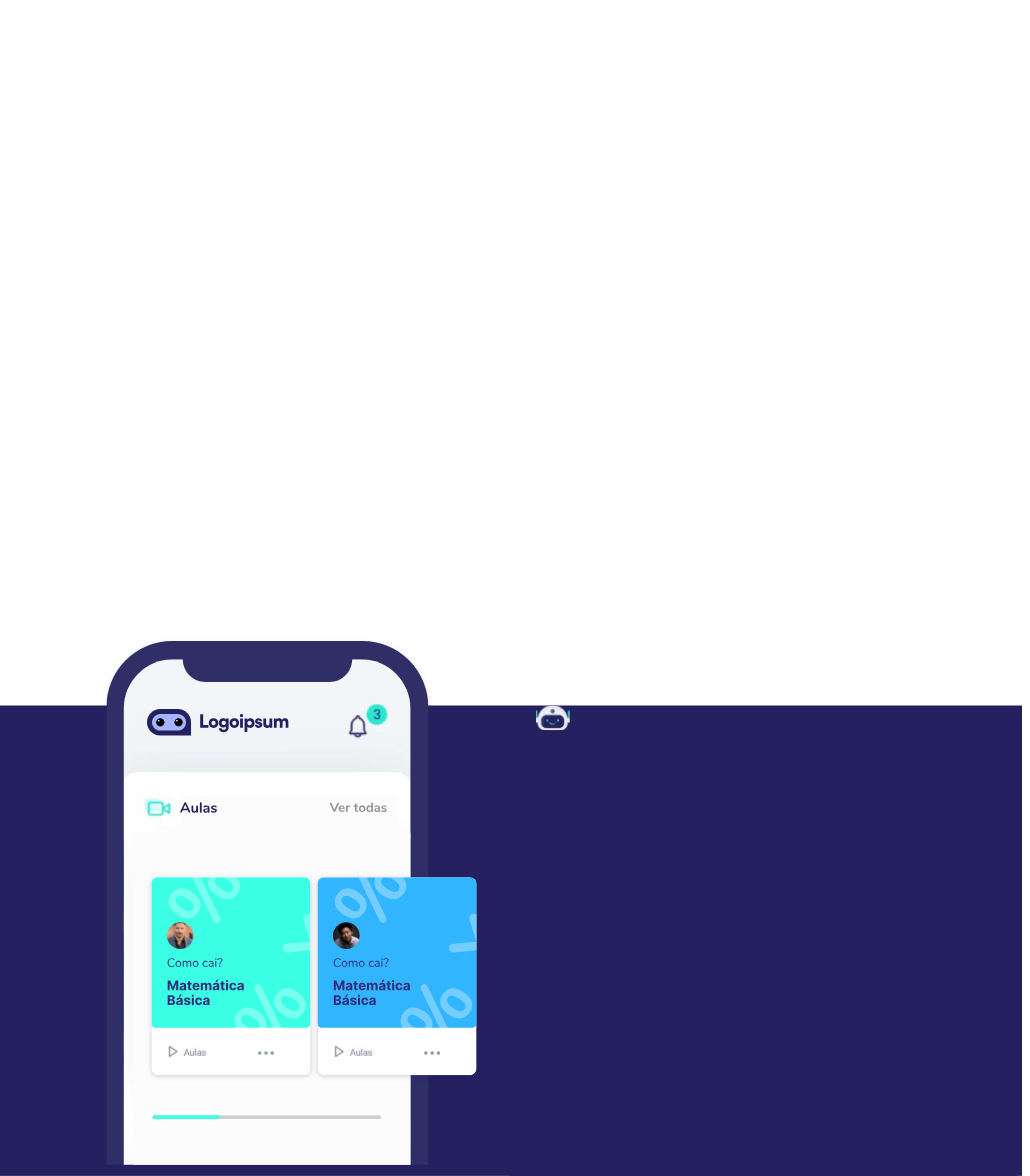
Repository: Williamlmachado/Desafio-Landing-page
Page: index.html
An editor plug-in stored every save of this project. The page is shown before and after the next save, followed by the edit.
The browser window is 1280 px wide. The page is 1472 px wide, so the pictures cover 1472 px, including what lies to the right of the window. The pictures show the part of the page from y = 3527 to 5207 px (the page is 5207 px tall), at 70% of full size.
Some icons come from a web library that is not loaded, so they are not drawn.

Above is the page before, as saved 2021-11-10 16:19:14.

### index.html
<!DOCTYPE html>
<html lang="en">

<head>
  <meta charset="UTF-8">
  <meta http-equiv="X-UA-Compatible" content="IE=edge">
  <meta name="viewport" content="width=device-width, initial-scale=1.0">
  <link rel="stylesheet" href="path/to/font-awesome/css/font-awesome.min.css">
  <link href="https://fonts.googleapis.com/css2?family=Inter:wght@100;200;300;400;500;600&display=swap" rel="stylesheet">
  <link href="https://fonts.googleapis.com/css2?family=Nunito:ital,wght@0,200;0,300;0,400;0,700;0,800;0,900;1,200;1,300;1,400;1,600;1,700;1,800;1,900&display=swap" rel="stylesheet">
  <link href="https://fonts.googleapis.com/css2?family=Fredoka+One&display=swap" rel="stylesheet">
  <link href="https://cdn.jsdelivr.net/npm/bootstrap@5.1.3/dist/css/bootstrap.min.css" rel="stylesheet"
    integrity="sha384-1BmE4kWBq78iYhFldvKuhfTAU6auU8tT94WrHftjDbrCEXSU1oBoqyl2QvZ6jIW3" crossorigin="anonymous">
  <link rel="stylesheet" href="style.css">
  <script src="https://cdn.jsdelivr.net/npm/bootstrap@5.1.3/dist/js/bootstrap.bundle.min.js"
    integrity="sha384-ka7Sk0Gln4gmtz2MlQnikT1wXgYsOg+OMhuP+IlRH9sENBO0LRn5q+8nbTov4+1p"
    crossorigin="anonymous"></script>
  <title>Document</title>

<body>
  <nav class="navbar navbar-expand-lg navbar-light bg-light">
    <a class="navbar-brand" href="#">
      <img src="img/logoipsum-logo-40 2.svg" alt="logo">
    </a>
    <button class="navbar-toggler" type="button" data-toggle="collapse" data-target="#navbarNav" aria-controls="navbarNav" aria-expanded="false" aria-label="Toggle navigation">
      <span class="navbar-toggler-icon"></span>
    </button>
    <nav>
    <div class="collapse navbar-collapse" id="navbarNav">
      <ul class="navbar-nav">
      <nav class="navbar-nav ml-auto">
        <li class="nav-item">
          <a class="nav-link disabled" href="#">Home <span class="sr-only"></span></a>
        </li>
        <li class="nav-item">
          <a class="nav-link disabled" href="#">Quem Somos</a>
        </li>
        <li class="nav-item-right">
          <a class="nav-link disabled" href="#">Plano</a>
        </li>
        <li class="nav-item">
          <a class="nav-link disabled" href="#">Fale Conosco</a>
        </li>
        <li class="nav-item">
          <button class="nav-button" type="button">Entrar</button>
        </li>
      </nav>
      </ul>
    </div>
  </nav>
    <div class="retangle-1">
      <div class="row">
          <div class="retangle-8">
           <div class="col"><img class="spaceboy" src="img/image 3.svg" alt="astronauta"><H4 class="frase1">Seja aprovado no Enem e Vestibulares :)</H4>
          <H1 class="frase2">Você escolhe o que aprender.</H1></div>
          <h4 class="frase3">Aqui você terá toda assistência que precisa
            com materiais desenvolvido por mestres e doutores em matemática</h4>
          <button type="button" class="buttonret"><p class="fraseButton">Veja nossos planos</p><i class="fas fa-arrow-right"></i></button>
          </div>
          </div>
        <div class="col"><img class="boy" src="img/image 8.svg" alt="garoto"></div>
     </div>
    </div>
  <div class="retangle-2">
    <div class="escolas">
    <img src="img/Captura de Tela 2021-05-22 às 02.33 1.svg" alt="escolas">
  </div>
  <div class="row">
    <div class="col"><img class="smallogos" src="img/Group 53.svg" alt="smallogos"><p class="group12"><img class="group12" src="img/Group 12.svg"></p><p><img class="group13" src="img/Group 13.svg"></p><p><img class="group14" src="img/Group 14.svg"></p></div>
    <div class="col"><img class="adolescente" src="img/pretty-teenager-happy-to-be-back-at-university 1.svg" alt="prettyteenager"></div>
  </div>
    <div class="retangle-3">
      <div class="row">
        <div class="column1"><img class="feliz" src="img/image 43.svg" alt="foguete"><div class="frase4"><p>100% MATEMÁTICA</p></div><h3 class="frase5">Matemática pra quem quer entrar na facul</h3><h4 class="frase6">Somos um cursinho online especialista em ensinar matemática. Temos os melhores professores mestres e doutores para tirar suas dúvidas e te ensinar matemática desde a teoria até a resolução de exercícios de todos os níveis.</h4></div></div>

       <div class="column2"><img class="foguete" src="img/image 45.svg" alt="feliz"><div class="frase7"><p>QUER SER APROVADO?</p></div><h3 class="frase8">Se seu foco é ser aprovado, nós estamos aqui por você.</h3><h4 class="frase9">Somos um cursinho online especialista em ensinar matemática. Temos os melhores professores mestres e doutores para tirar suas dúvidas e te ensinar matemática desde a teoria até a resolução de exercícios de todos os níveis.</h4></div></div>
        </div>
      </div>
    </div>
    <div class="retangle-4">
      <div class="row">
        <div class="col"><img class="celular" src="img/Frame 12.svg"><img class="celulardados" src="img/Group 41.svg"></div>
        <div class="col"><img class="spaceboy2" src="img/image 3.svg" alt="spaceboy2"></div>
    </div>
  </div>
  <!-- <footer id="footer" class="py-5">
    <div class="row">
      <div class="col-md-5">
        <img class="" src="img/logoipsum-logo-40 2.svg" alt="logo">
        <div><img class=""src="img/Captura de Tela 2021-05-25 às 19.59 1.svg" alt="androideios"></div>
      </div>
      <div class="col-sm-2">
        <h5>Localização</h5>
        <p>Av. Brg. Faria Lima , 1422 São Paulo - SP </p>
      </div>
      <div class="col-sm-2">
        <h5>Fale Conosco</h5>
        <p>(22) 4442-0126</p>
        <p>info@digihouse.com</p>
      </div>
      <div class="col-sm-2">
        <h5>Política</h5>
        <p>Direitos autorais</p>
        <p>Termos de uso</p>
        <p>Políticas de Privacidade</p>
      </div>
      <hr class="linha"> -->
      <!-- <img class="copyright" src="img/Copyright.svg" alt="copyright"> -->
<span>Copyright 2021. All Right Reserved </span>
  </footer>
  </div>
</body>
</head>
</html>

### style.css
.nav-button{
    display: flex;
    flex-direction: row;
    justify-content: center;
    align-items: center;
    padding: 15px 116px;

    width: 133px;
    height: 43px;
    left: 1239px;
    top: 18px;

    /* Primary */
    background: #252160;

    /* Branco */
    border: 1px solid #FFFFFF;
    box-sizing: border-box;
    border-radius: 6px;
    color: #FFFFFF;
}

.nav-home{
    position: absolute;
    width: 46px;
    height: 22px;
    left: 5px;
    top: 0px;

    font-family: Inter;
    font-style: normal;
    font-weight: bold;
    font-size: 16px;
    line-height: 22px;

    /* identical to box height, or 137% */

    /* Primary */
    color: #252160;
}

.navbrad-brand{
    position: absolute;
    left: 58.02%;
    right: 35.2%;
    top: 34.99%;
    bottom: 29.03%;

    /* Primary */
    background: #252160;
}

#footer{
    position: absolute;
    width: 1550px;
    height: 373px;
    /* left: calc(50% - 1449px/2 + 4.5px); */
    top: calc(50% - 373px/2 + 2603.5px);

    /* Branco */
    background: #FFFFFF;
}

.imagemfooter{
    position: absolute;
    left: 3.51%;
    right: 72.51%;
    top: 18.75%;
    bottom: 18.75%;
    color: #A5B4FC;
}

.linha{
    margin-top: 150px;
    position: absolute;
    width: 1210px;
    left: 135px;
    border: 1px solid rgba(84, 84, 212, 0.34);
}

.col-md-5{
    align-items: center;
    align-content: center;
}

.copyright{

}

.retangle-1{
    position: absolute;
    width: 1440px;
    height: 821px;
    left: 0px;
    top: 79px;

    /* Primary */
    background: #252160;
}

.spaceboy{
    position: absolute;
    width: 50.02px;
    height: 36.06px;
    left: 125px;
    right: 150px;
    flex: none;
    order: 0;
    flex-grow: 0;
    margin: 50px -15px;
    transform: rotate(+15.22deg);
}

.retangle-2{
    position: absolute;
    width: 1440px;
    height: 821px;
    left: 0px;
    top: 900px;
    background: #ffff;
}
.retangle-3{
    position: absolute;
    width: 1440px;
    height: 954px;
    left: 0px;
    top: 800px;
    background: #F8F8F8
}

.escolas{
    position: absolute;
    width: 1270px;
    height: 164px;
    left: 66px;
    top: 35px;
}

.adolescente{
    position: relative;
    width: 600px;
    height: 738px;
    left: 25px;
    top: 105px;
    flex: none;
    order: 0;
    flex-grow: 0;
    margin: 6px 0px;
}

.smallogos{
    position: absolute;
    width: 67.79px;
    height: 403.63px;
    left: 112px;
    top: 275px;
}

.group12{
    position: absolute;
    width: 510.72px;
    height: 141px;
    left: 80px;
    top: 220px;
}

.group13{
    position: absolute;
    width: 510.72px;
    height: 155px;
    left: 195px;
    top: 275px;
}

.group14{
    position: absolute;
    width: 510.72px;
    height: 131px;
    left: 214px;
    top: 618px;
}

.boy{
    position: absolute;
    left: 763px;
    right: 143px;
    top: 153px;
    bottom: 120px;

}

.retangle-8{
    /* Rectangle 8 */

    position: absolute;
    width: 741.6px;
    height: 645.98px;
    left: 60px;
    top: 106px;

    background: #292663;
    border-radius: 124px;
    transform: rotate(-15.22deg);
    }

.frase1{
    position: absolute;
    width: 472px;
    height: 28px;
    top: 81PX;
    left:200px;
    right: 100px;

    font-family: inter;
    font-style: normal;
    font-weight: bold;
    font-size: 20.59px;
    line-height: 26px;

    color: #3AFFE5;

    flex: none;
    order: 1;
    flex-grow: 0;
    margin: 50px -30px;
    transform: rotate(+15.22deg);
}

.frase2{
    position: absolute;
    width: 631px;
    height: 151px;
    left: 65px;
    top: 200px;

    font-family: Fredoka One;
    font-style: normal;
    font-weight: normal;
    font-size: 65.1467px;
    line-height: 76px;
    transform: rotate(+15.22deg);
    /* or 116% */
    letter-spacing: -0.01em;

    /* Branco */
    color: #FFFFFF;
}

.frase3{
    position: absolute;
    width: 523px;
    height: 87px;
    left: 35px;
    top: 350px;

    font-family: Inter;
    font-style: normal;
    font-weight: normal;
    font-size: 19.45px;
    line-height: 29px;
    transform: rotate(+15.22deg);
    /* or 149% */
    letter-spacing: 0.38px;

    color: #FFFFFF;
}

.buttonret{
    display: flex;
    flex-direction: row;
    justify-content: center;
    align-items: center;
    padding: 15px 116px;

    position: absolute;
    width: 380.41px;
    height: 59.33px;
    left: 15px;
    top: 440px;
    transform: rotate(+15.22deg);
    /* Secundary */
    background: #3AFFE5;
    border-radius: 6px;
}

.fraseButton{
    position: static;
    height: 21px;
    left: 22.42%;
    right: 37.1%;
    top: calc(50% - 21px/2 + 0px);

    font-family: Inter;
    font-style: normal;
    font-weight: bold;
    font-size: 17.45px;
    line-height: 21px;
    text-align: center;
    letter-spacing: -0.618281px;

    /* Primary */
    color: #252160;


    /* Inside Auto Layout */
    flex: none;
    order: 0;
    flex-grow: 0;
    margin: 0px 24px;
}

.feliz{

    position: absolute;
    width: 430.2px;
    height: 469.21px;
    left: 817.06px;
    top: 425px;
    background: url(.png);
    transform: rotate(-12.24deg);
}

.frase4{
    position: absolute;
    width: 394.54px;
    height: 30px;
    left: 705px;
    top: 88px;
    font-family: Nunito;
    font-style: normal;
    font-weight: bold;
    font-size: 22px;
    line-height: 30px;
    /* Azul */
    color: #32B5FF;
}

.frase5{
    position: absolute;
width: 575.63px;
height: 122px;
left:705px;
top: 123px;

font-family: Nunito;
font-style: normal;
font-weight: bold;
font-size: 44.83px;
line-height: 61px;

/* Primary */
color: #252160;
}

.frase6{
    position: absolute;
    width: 600px;
    height: 182.69px;
    left: 705px;
    top: 261px;

    font-family: Inter;
    font-style: normal;
    font-weight: normal;
    font-size: 20px;
    line-height: 37px;

    /* or 186% */

    /* Gray - 200 */
    color: #7B7B7B;
}

.frase7{
    position: absolute;
    width: 394.54px;
    height: 30px;
    left: 135px;
    top: 575px;
    font-family: Nunito;
    font-style: normal;
    font-weight: bold;
    font-size: 22px;
    line-height: 30px;
    /* Azul */
    color: #32B5FF;
}


.frase8{
    position: absolute;
    width: 575.12px;
    height: 121.47px;
    left: 135px;
    top: 618.53px;

    font-family: Nunito;
    font-style: normal;
    font-weight: bold;
    font-size: 44.8277px;
    line-height: 61px;

    /* Primary */
    color: #252160;
}

.frase9{
    position: absolute;
    width: 598px;
    height: 157px;
    left: 135px;
    top: 753.53px;

    font-family: Inter;
    font-style: normal;
    font-weight: normal;
    font-size: 20px;
    line-height: 37px;

    /* or 185% */

    /* Gray - 200 */
    color: #7B7B7B;
}

.foguete{
    position: absolute;
    width: 450px;
    height: 450px;
    left: 167px;
    top: 75px;

}

.retangle-4{
    position: absolute;
    width: 1460px;
    height: 672px;
    left: 0px;
    top: 4535px;
    background: #252160;
}

.celular{
    position: absolute;
    width: 480px;
    height: 756px;
    left: 152px;
    top: -100px;
}

.celulardados{
    position: absolute;
    width: 482.9px;
    height: 294.32px;
    left: 207.1px;
    top: 240.53px;

    filter: drop-shadow(0px 1.08032px 5.40161px rgba(37, 33, 96, 0.1));
}
.spaceboy2{
    width: 50.02px;
    height: 36.06px;
    left: 784px;
    top: 213px;

    /* Inside Auto Layout */
    flex: none;
    order: 0;
    flex-grow: 0;
    margin: 0px 23px;
}

After the next save:
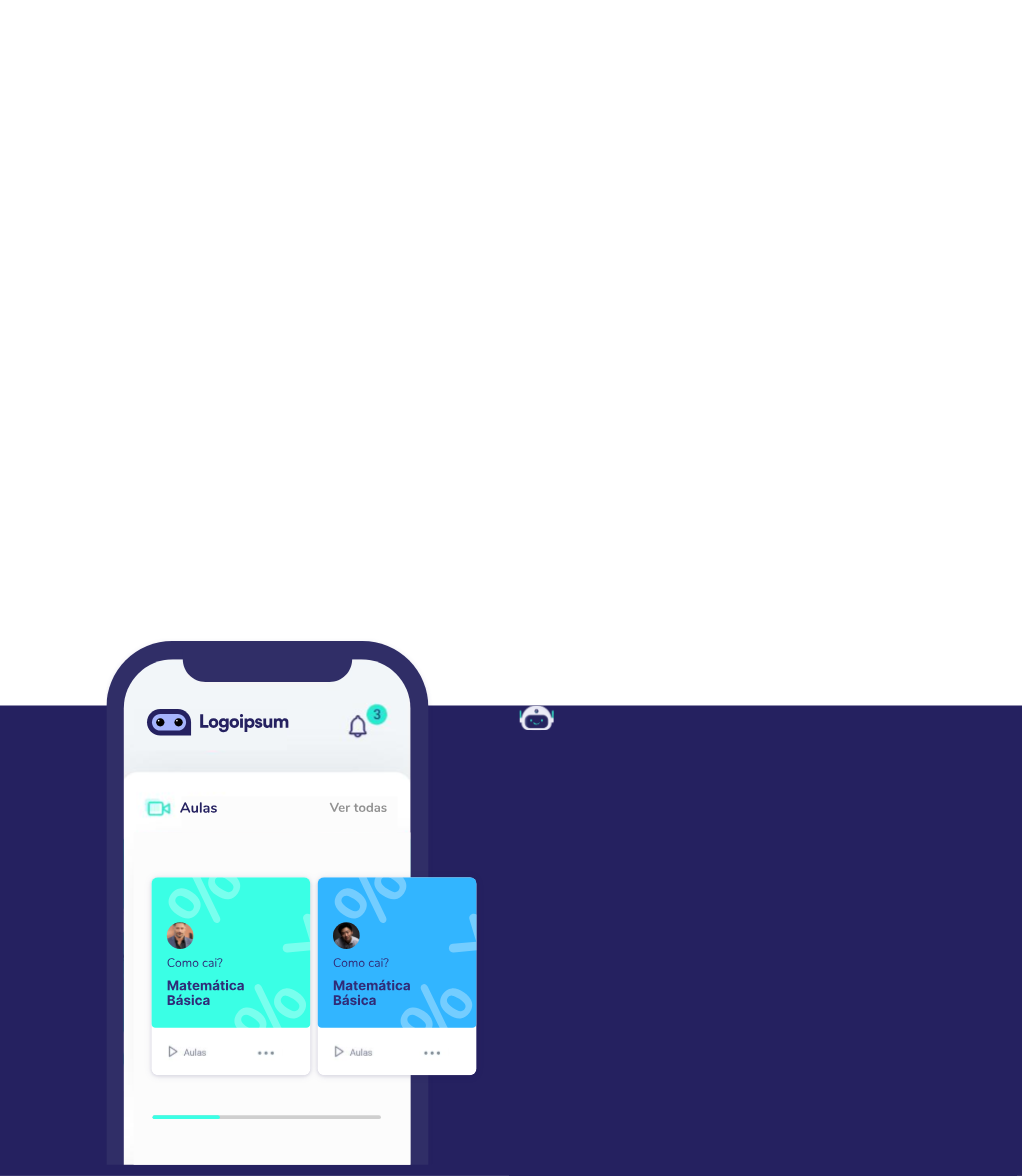
Saved 7 s later.
--- a/style.css
+++ b/style.css
@@ -464,9 +464,4 @@
     left: 784px;
     top: 213px;
 
-    /* Inside Auto Layout */
-    flex: none;
-    order: 0;
-    flex-grow: 0;
-    margin: 0px 23px;
-}
+}

After the save that followed:
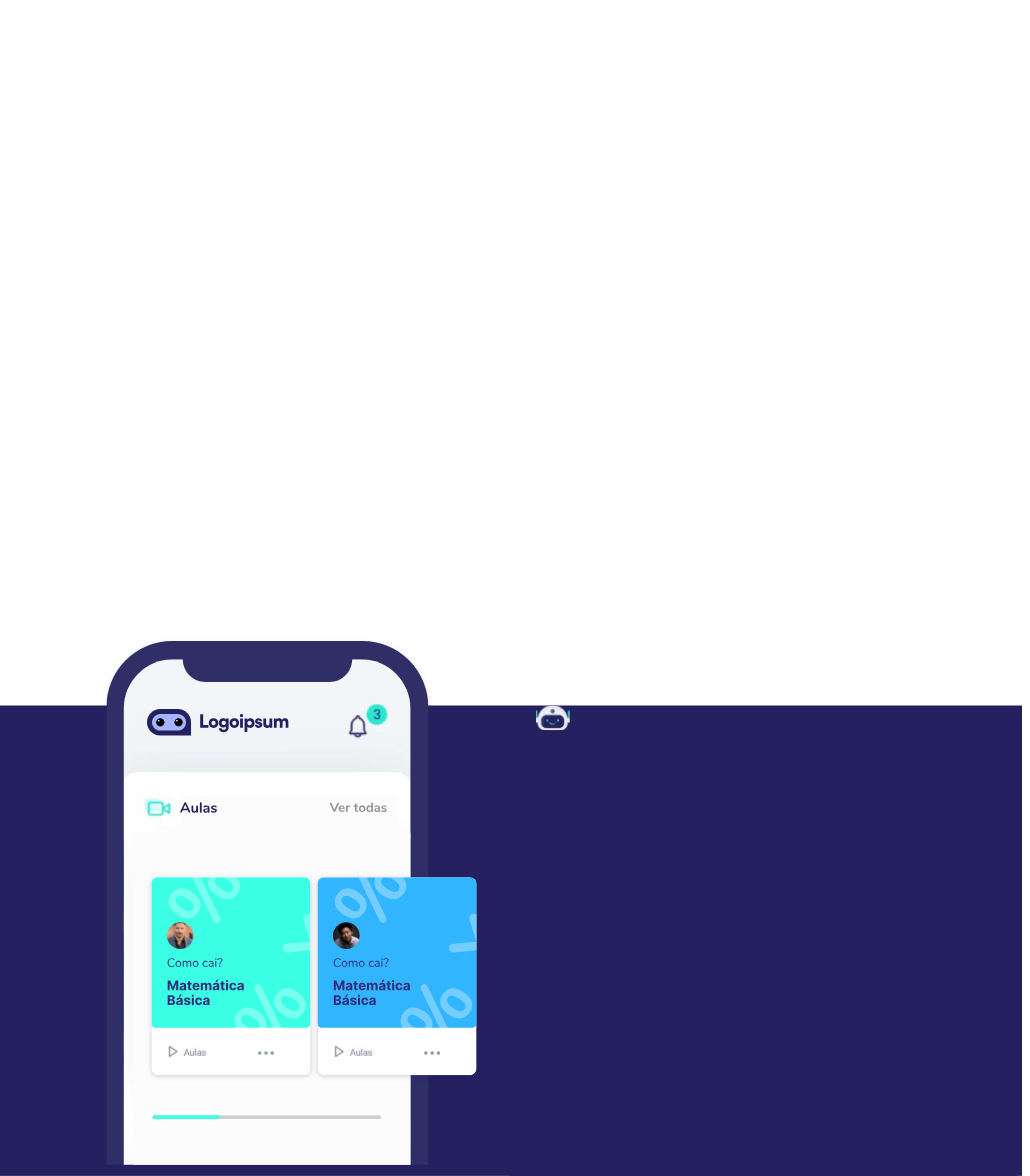
Saved 7 s later.
--- a/style.css
+++ b/style.css
@@ -459,9 +459,15 @@
     filter: drop-shadow(0px 1.08032px 5.40161px rgba(37, 33, 96, 0.1));
 }
 .spaceboy2{
+    position: static;
     width: 50.02px;
     height: 36.06px;
     left: 784px;
     top: 213px;
 
-}
+    /* Inside Auto Layout */
+    flex: none;
+    order: 0;
+    flex-grow: 0;
+    margin: 0px 23px;
+}
